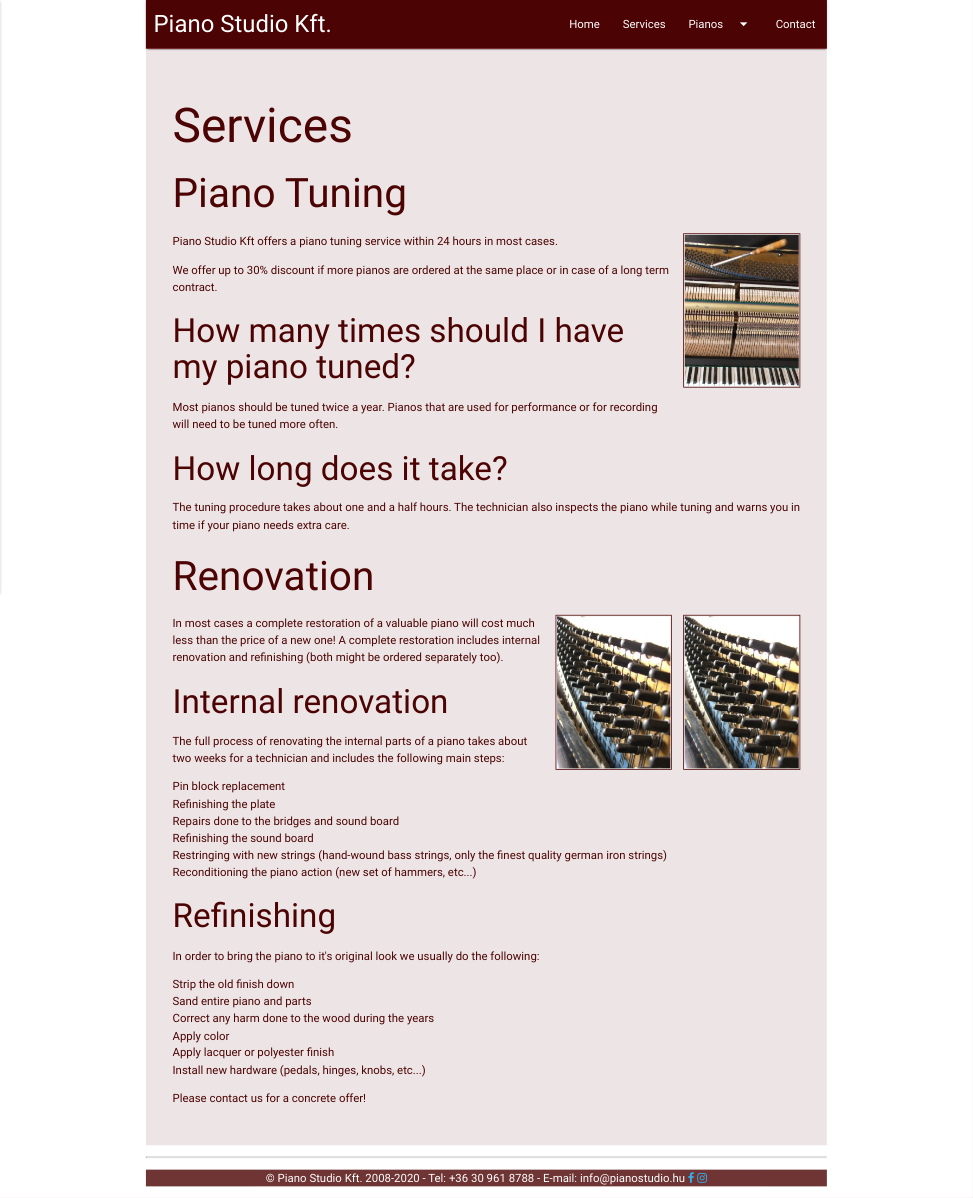
Repository: badiattila/pianostudioheroku
Page: http://localhost/services
The author's editor kept a record of every edit. The page is drawn from the files as they stood at one moment, then again after the next edit.
The browser window is 1280 px wide. The pictures show the whole page, at 76% of full size.
Some web libraries are served in a nearby version. The page is served by the project's application, run on Flask 3 (app.py).

Above is the page before.

After the next edit:
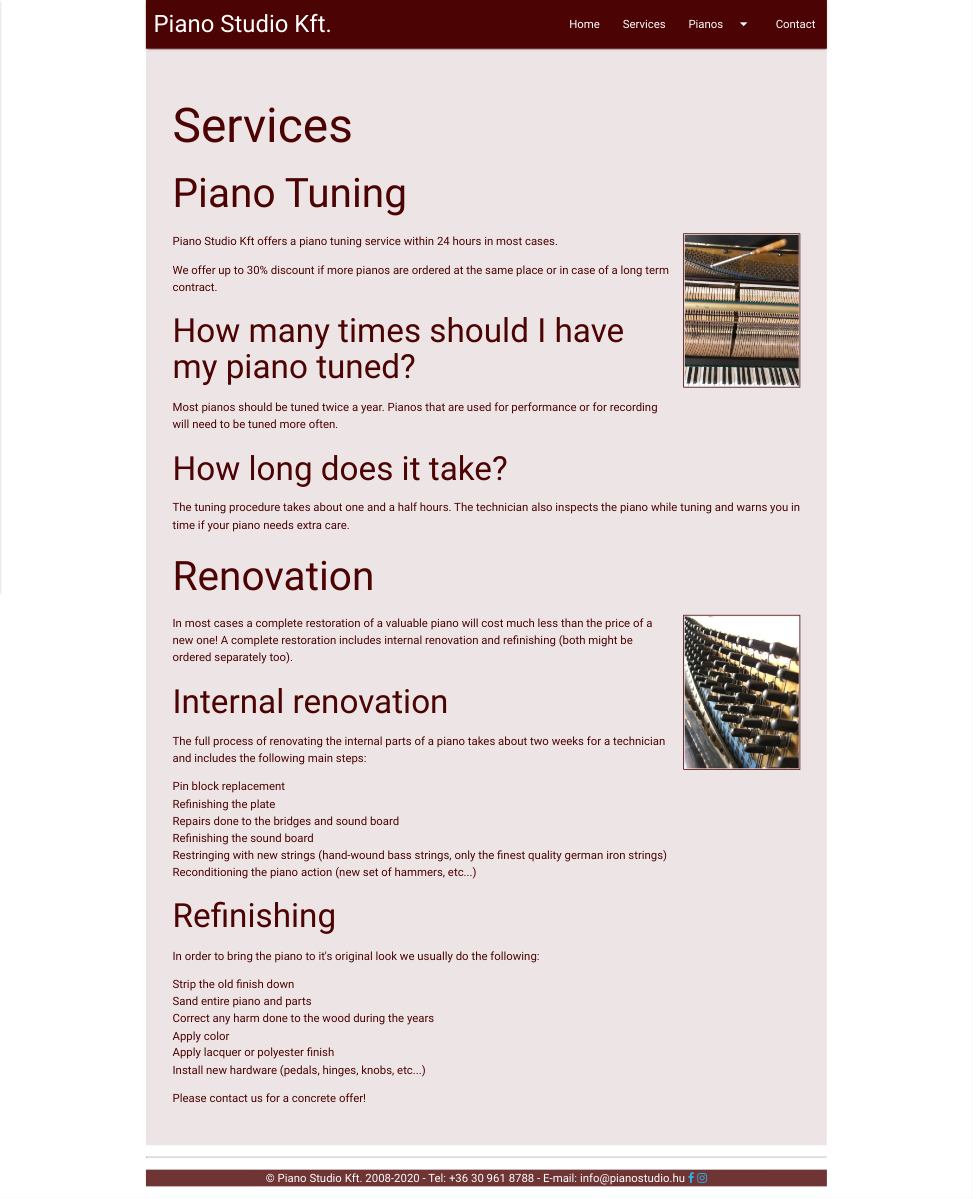
The edit:
--- a/templates/services.html
+++ b/templates/services.html
@@ -20,7 +20,6 @@
         <div>
             <h2 id="renovation">Renovation</h2>
             <img class="right-teaser" src="{{url_for('static', filename='pictures/pins.jpg')}}" alt="Piano Pins" />
-            <img class="right-teaser" src="./image/pins.jpg" alt="Pins">
             <p>In most cases a complete restoration of a valuable piano will cost much less than the price of a new one! A complete restoration includes internal renovation and refinishing (both might be ordered separately too).</p>
 
             <h3>Internal renovation</h3>
